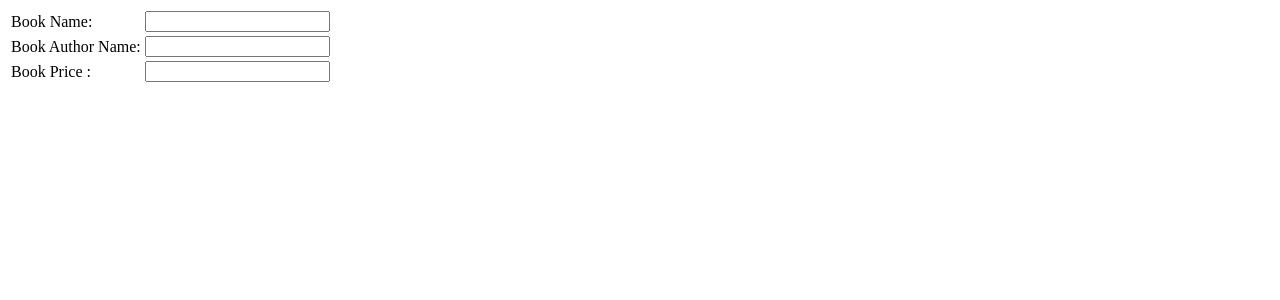
Repository: Ranjeetkumars/microservice-with-restful
Page: http://localhost/SB-MVC-FormApp/views/AddBook.jsp
These files come from the project's save history. The page is drawn as it stood at one moment and after a run of saves; the edit follows.
The browser window is 1280 px wide. The pictures show the whole page.
The page is served by Tomcat 9.

Above is the page before, as saved 2021-06-06 10:14:04.

After the next 2 saves:
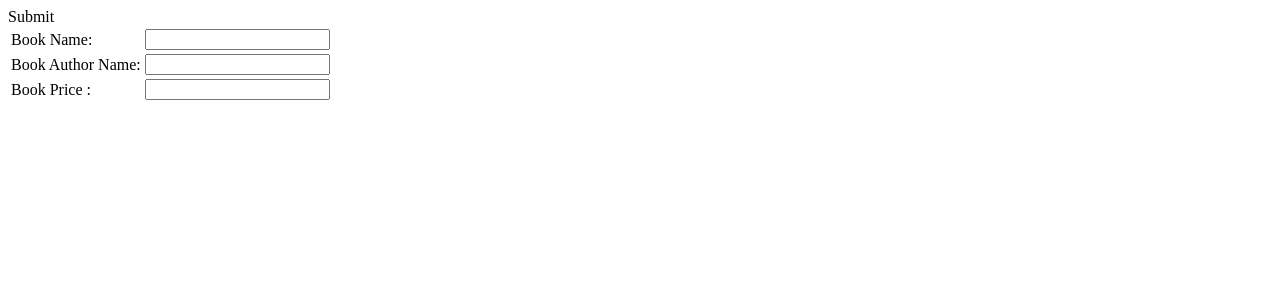
The 2 saves are shown as one change because they came seconds apart.
The last was saved 36 s later.
--- a/SB-MVC-FormApp/src/main/webapp/views/AddBook.jsp
+++ b/SB-MVC-FormApp/src/main/webapp/views/AddBook.jsp
@@ -1,5 +1,5 @@
 <%@ page language="java" contentType="text/html; charset=ISO-8859-1"
-    pageEncoding="ISO-8859-1"%>
+	pageEncoding="ISO-8859-1"%>
 <!DOCTYPE html>
 <html>
 <head>
@@ -9,31 +9,27 @@
 <body>
 
 
-<form action="#" method="POST">
+	<form action="#" method="POST">
 
-    <table>
-      <tr>
-         <td>Book Name: </td>
-         <td><input type="text" name="bookName"/></td>
-      </tr>
+		<table>
+			<tr>
+				<td>Book Name:</td>
+				<td><input type="text" name="bookName" /></td>
+			</tr>
+			<tr>
+				<td>Book Author Name:</td>
+				<td><input type="text" name="authorName" /></td>
+			</tr>
+			<tr>
+				<td>Book Price :</td>
+				<td><input type="text" name="bookPrice" /></td>
+			</tr>
+           <submit> Submit </submit>
 
 
-      <tr>
-         <td>Book Author  Name: </td>
-         <td><input type="text" name="authorName"/></td>
-      </tr>
+		</table>
 
 
-      <tr>
-         <td>Book Price : </td>
-         <td><input type="text" name="bookPrice"/></td>
-      </tr>
-
-
-
-    </table>
-
-
-</form>
+	</form>
 </body>
 </html>
